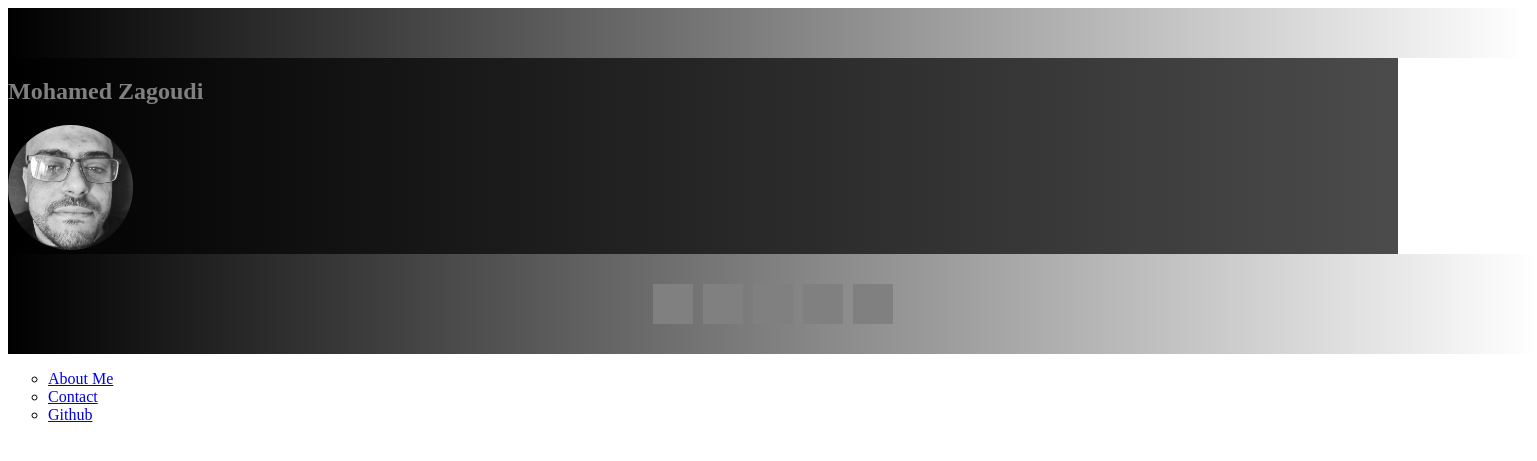
Repository: Mohzagou/Eersteportofolio
Page: index.html
These files come from the project's save history. The page is drawn as it stood at one moment and after the next save; the edit follows.
The browser window is 1280 px wide. The page is 1537 px wide, so the pictures cover 1537 px, including what lies to the right of the window. The pictures show the whole page.

Above is the page before, as saved 2022-06-07 22:47:42.

### index.html
<!DOCTYPE html>


<head>
    <link rel="stylesheet" href="styles.css" />
    <meta charset="UTF-8">

    <title>Document</title>
</head>

<body>

    <header></header>
    <div class="about-me">
        <h2 id="name">Mohamed Zagoudi</h2>
        <img class="avatar" src="images/67gwzvy.jpeg" alt="Mohamed Zagoudi headshot">


        <section>
            <div class="test"></div>
            <div class="test"></div>
            <div class="test"></div>
            <div class="test"></div>
            <div class="test"></div>
        </section>
        <footer>
            <ul style="list-style-type: circle ">
                <li><a href=" ">About Me</a></li>
                <li><a href=" ">Contact</a></li>
                <li><a href="https://github.com/Mohzagou ">Github</a></li>

            </ul>

        </footer>



</body>



</html>

### styles.css
body {
    display: flex;
    flex-direction: column;
}

header {
    width: 120%;
    height: 50px;
    background-image: linear-gradient(to right, black, grey, white);
    /*background-color: rgb(113, 74, 145);*/
}

section {
    width: 110%;
    height: 100px;
    background-image: linear-gradient(to right, black, grey, white);
    background-color: #234def;
    display: flex;
    align-items: center;
    justify-content: center;
}

.about-me {
    width: 110%;
    height: 200px;
    background-image: repeating-linear-gradient(to right, black, grey, white 340%);
    /*background-color: rgb(177, 69, 21, 0.8);*/
    /*margin: 10px 0 10px 0;
    border: solid black 10px;
    border-radius: 15px;*/
}

.avatar {
    width: 125px;
    border-radius: 62px;
}

#name {
    color: grey;
}

.test {
    width: 40px;
    height: 40px;
    background-color: grey;
    margin: 5px;
}

After the next save:
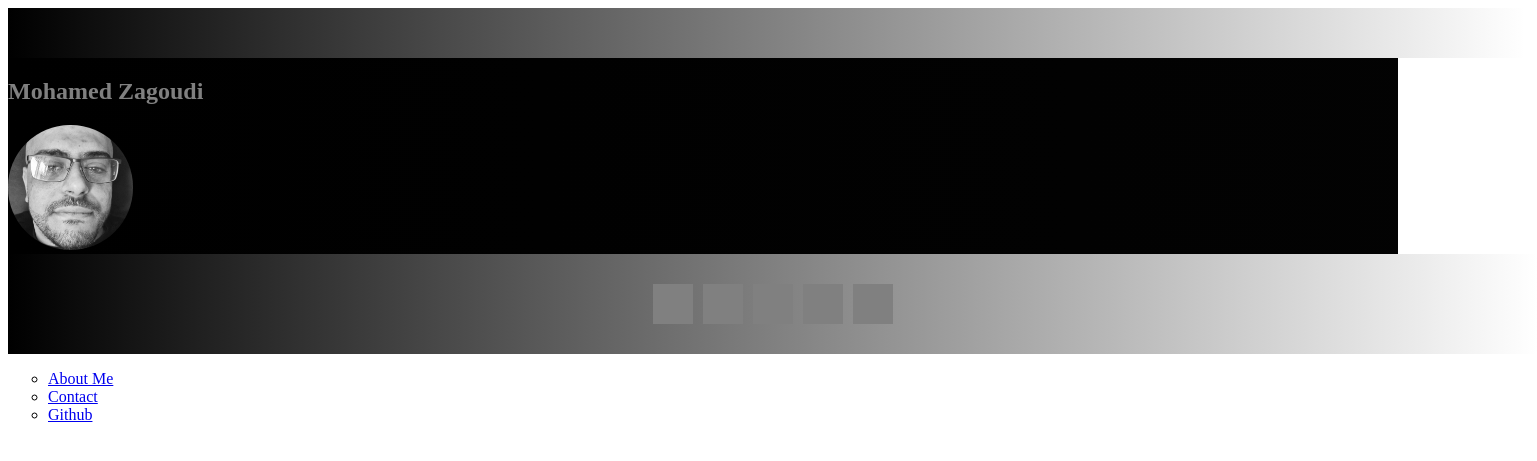
Saved 8 s later.
--- a/styles.css
+++ b/styles.css
@@ -23,7 +23,7 @@ section {
 .about-me {
     width: 110%;
     height: 200px;
-    background-image: repeating-linear-gradient(to right, black, grey, white 340%);
+    background-image: repeating-linear-gradient(to right, black, grey, white 9840%);
     /*background-color: rgb(177, 69, 21, 0.8);*/
     /*margin: 10px 0 10px 0;
     border: solid black 10px;
